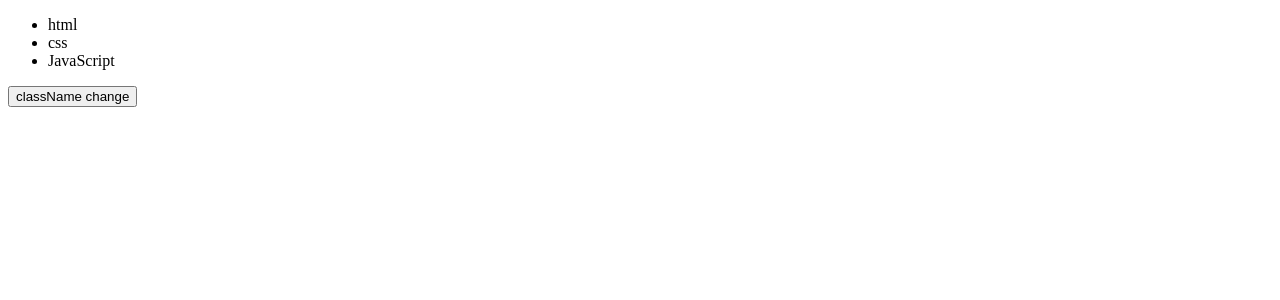
Repository: letzbegin/Study
Page: http://localhost/Javascript/DOM/Element/Ex_02.jsp
The author's editor kept a copy of each file at every save. The page is drawn from the files as they stood at one save, then again after the next save.
The browser window is 1280 px wide. The pictures show the whole page.
The page is served by Tomcat 9.

Above is the page before, as saved 2018-09-16 12:34:54.

### web_javascript/Javascript/WebContent/DOM/Element/Ex_02.jsp
<%@ page language="java" contentType="text/html; charset=UTF-8"
    pageEncoding="UTF-8"%>
<!DOCTYPE html PUBLIC "-//W3C//DTD HTML 4.01 Transitional//EN" "http://www.w3.org/TR/html4/loose.dtd">
<html>
<head>
<meta http-equiv="Content-Type" content="text/html; charset=UTF-8">
<title>Insert title here</title>
</head>
<body>
<ul>
    <li>html</li>
    <li>css</li>
    <li id="active">JavaScript</li>
</ul>
<input type="button" value="className change" onclick="change()">
<script>
var active = document.getElementById('active');
// class 값을 변경할 때는 프로퍼티의 이름으로 className을 사용한다.
active.className = "important current";
console.log(active.className);
// 클래스를 추가할 때는 아래와 같이 문자열의 더한다.
active.className += " readed"
</script>
</body>
</html>

After the next save:
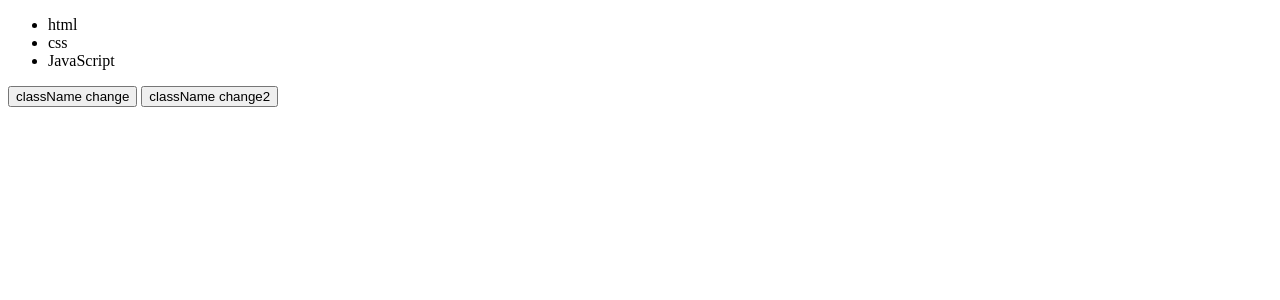
Saved 65 s later.
--- a/web_javascript/Javascript/WebContent/DOM/Element/Ex_02.jsp
+++ b/web_javascript/Javascript/WebContent/DOM/Element/Ex_02.jsp
@@ -13,13 +13,19 @@
     <li id="active">JavaScript</li>
 </ul>
 <input type="button" value="className change" onclick="change()">
+<input type="button" value="className change2" onclick="change2()">
 <script>
 var active = document.getElementById('active');
 // class 값을 변경할 때는 프로퍼티의 이름으로 className을 사용한다.
+function change(){
 active.className = "important current";
-console.log(active.className);
+alert(active.className);
+}
+function change2(){
+active.className += " readed"
 // 클래스를 추가할 때는 아래와 같이 문자열의 더한다.
-active.className += " readed"
+alert(active.className);
+}
 </script>
 </body>
 </html>
